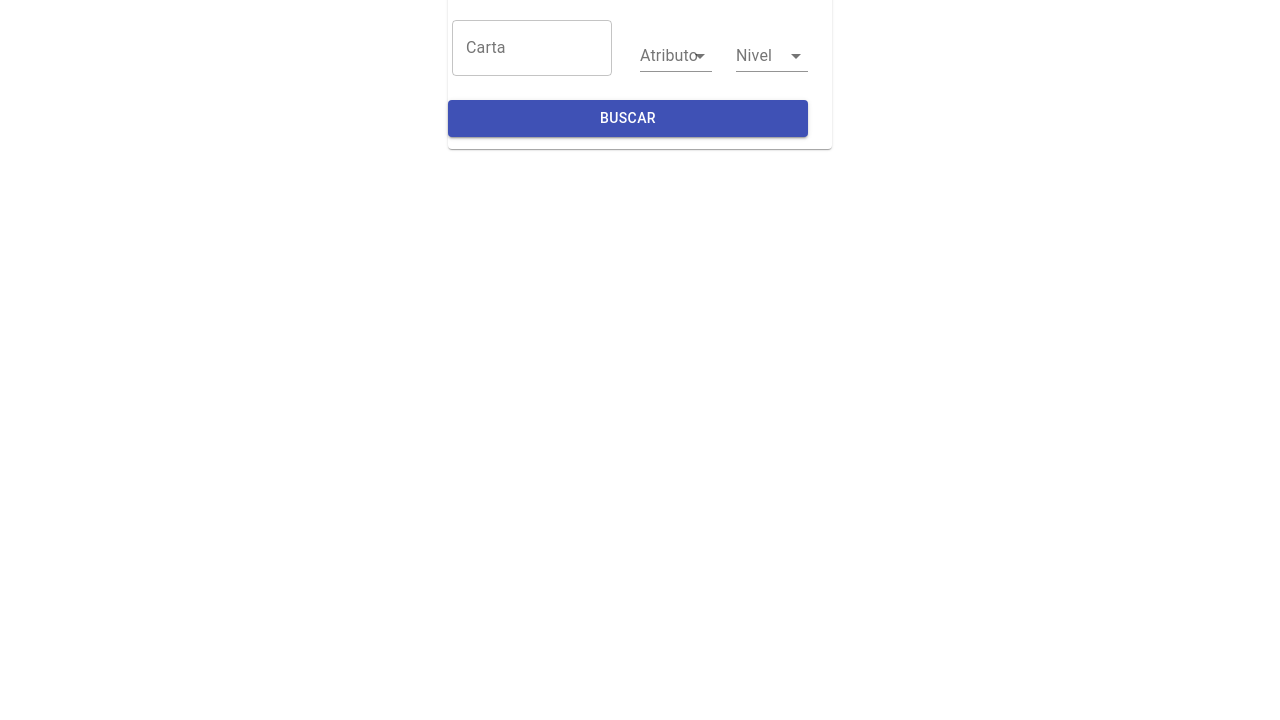
Repository: Skorfate/yugiohCard
Page: /
These files come from the project's save history. The page is drawn as it stood at one moment and after the next save; the edit follows.
The browser window is 1280 px wide. The pictures show the whole page.
The project was rebuilt for these pictures with package versions that can differ from the ones it lists, and the page was loaded fresh each time. Also part of the build but not shown: webpack.config.js, src/App.css, src/components/notFound/notFound.component.jsx, src/components/header/header.style.scss.

Above is the page before, as saved 2021-07-19 02:05:52.

After the next save:
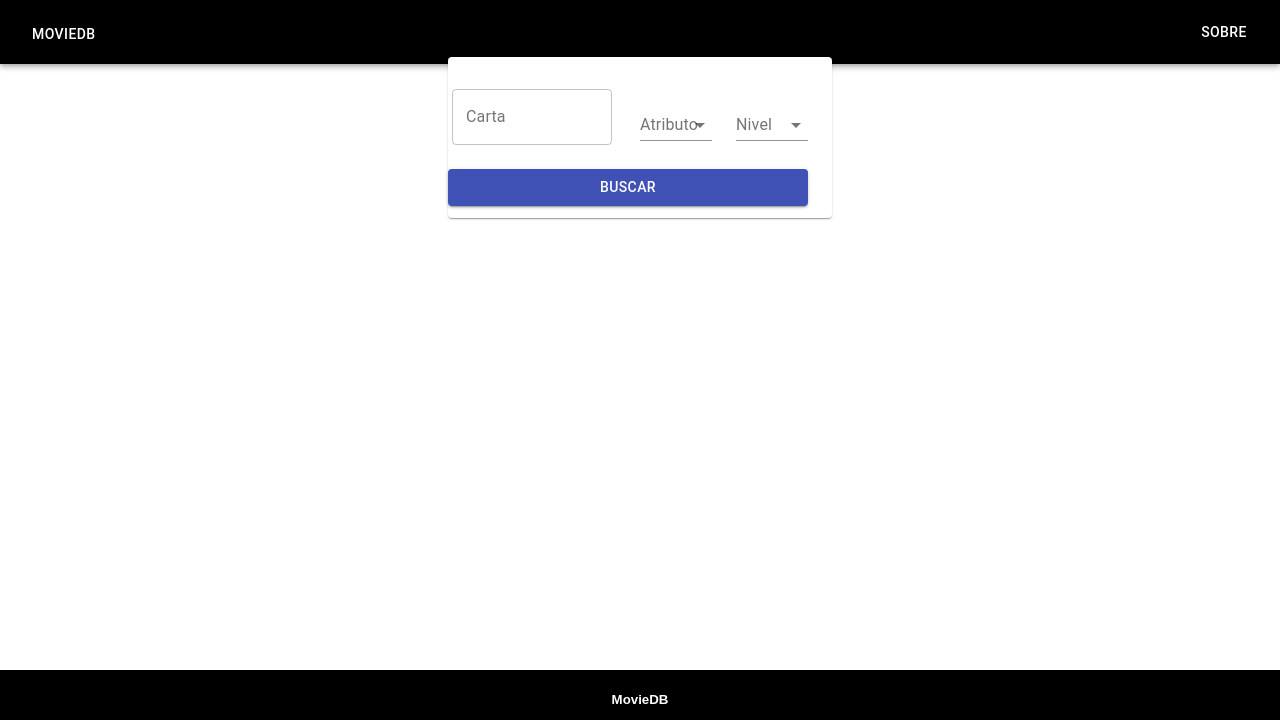
Saved 113 s later.
--- a/src/App.js
+++ b/src/App.js
@@ -3,24 +3,28 @@ import './App.css';
 import { HashRouter, Route, Switch, BrowserRouter } from 'react-router-dom';
 import React, { lazy, Suspense } from "react";
 import { CircularProgress } from '@material-ui/core';
+import Header from './components/header/header.component';
+import Footer from './components/footer/footer.component';
 
 const Home = lazy(() => import('./page/Home/Home.page'));
 
 
 const loading = (
     <div className="pt-3 text-center">
-      <CircularProgress />
+      <CircularProgress/>
     </div>
   )
 
 function App() {
   return (
         <BrowserRouter>
+        <Header/>
           <Suspense fallback={loading}>
               <Switch>
                     <Route exact path='/' component={Home}/>
               </Switch>
           </Suspense>
+        <Footer/>
         </BrowserRouter>
   );
 }
